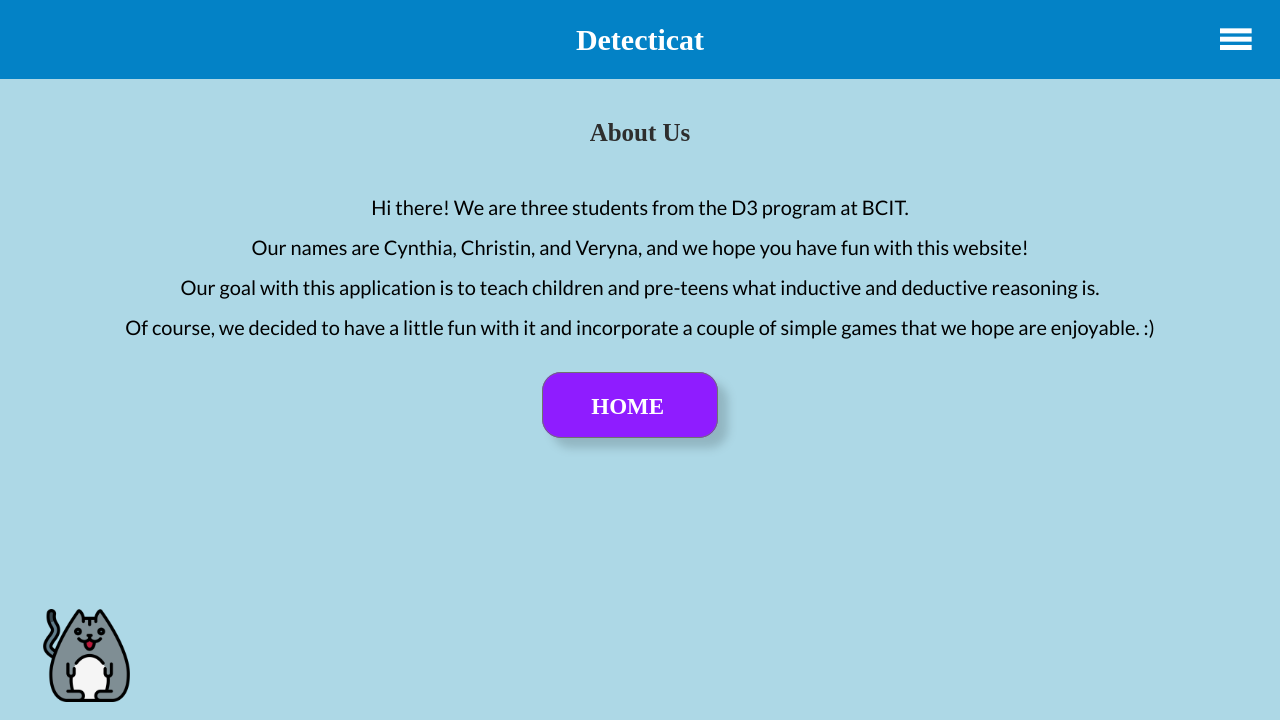
Repository: cynthiahcheng/Detecticat
Page: about page/about-us.html
These files come from the project's save history. The page is drawn as it stood at one moment and after the next save; the edit follows.
The browser window is 1280 px wide. The pictures show the whole page.

Above is the page before, as saved 2020-03-14 22:25:32.

### about page/about-us.html
<!DOCTYPE html>
<html lang="en">

<head>
    <meta charset="UTF-8">
    <meta name="viewport" content="width=device-width, initial-scale=1.0">
    <link href="https://fonts.googleapis.com/icon?family=Material+Icons" rel="stylesheet">
    <link href="https://fonts.googleapis.com/css?family=Lato&display=swap" rel="stylesheet">
    <link rel="stylesheet" href="about-us.css" type="text/css" />
    <title>Detecticat</title>
</head>

<body>
    <div class="header">
        <div class="header_title">Detecticat</div>
        <i class="material-icons" onclick="menuOpen()">menu</i>
    </div>

    <div class="nav">
        <div class="nav_close" onclick="menuClose()">
            <img class="close" src="../svg/close.svg">
        </div>
        <div class="nav_sub">
            <div class="nav_items">Home</div>
            <div class="nav_items">About</div>
            <div class="nav_items">Game</div>
            <div class="nav_items">Contact Us</div>
        </div>
    </div>

    <div id="app">
        <div class="info">
            <div class="subhead">About Us</div>
            <div class="description">
                <P> Hi there! We are three students from the D3 program at BCIT. <br>
                    Our names are Cynthia, Christin, and Veryna, and we hope you have fun with this website! <br>
                    Our goal with this application is to teach children and pre-teens what inductive and deductive reasoning is. <br>
                Of course, we decided to have a little fun with it and incorporate a couple of simple games that we hope are enjoyable. :)
             </P>
            </div>

            <div id="footer">
                <div class="footer_cat">
                    <img class="cat" src="../svg/cat.svg">
                </div>
                <div class="home_btn">
                    <img src="../svg/home.svg">
                </div>
            </div>

        </div>

        <script src="about-us.js"></script>
</body>

</html>

### about page/about-us.css

body, html {
    margin:0;
    padding:0;
    background-color:lightblue;
}

.header {
    display:flex;
    justify-content: center;
    align-items: center;
    background-color: #0382C6;
    height:11vh;
}

.header_title {
    font-size:30px;
    font-family:Futura;
    font-weight:bold;
    color:white;
    position: relative;
    align-items: center;
}

.material-icons {
    font-weight:bold;
    font-size:40px;
    color:white;
    position: absolute;
    padding:10px;
    right:15px;
    cursor:pointer;
}

.nav {
    position:absolute;
    right:0;
    opacity:0;
    background-color: #0382C6;
    transition: opacity 0.1s;
}

.nav_close {
    border: 2.5px solid #073F9A;
    border-radius: 7px;
    position:absolute;
    right: 25px;
    width:20px;
    height:20px;
    padding:3px;
    cursor:pointer;
}

.nav_close_btn {
    width:23px;
    height:23px;
    margin-top:3.5px;
    margin-left:3.5px;
}

.nav_sub {
    font-size:20px;
    font-family:futura;
    font-weight:600;
    line-height:1.5;
    color:white;
    margin-top:40px;
    padding:15px 50px 15px 18px;
    cursor:pointer;
}

/* #app {
    background-color:lightblue;
} */
.info {
    display:flex;
    flex-direction:column;
    align-items: center;
}

.subhead {
    font-size:25px;
    font-family:futura;
    color:rgb(46, 46, 46);
    font-weight:600;
    padding-top:40px;
}

.description {
    font-size:20px;
    padding-top:20px;
    line-height: 2em;
    font-family: 'Lato', sans-serif;
    text-align: center;
}

#footer {
    display:flex;
}

.footer_cat {
    position:fixed;
    left:40px;
    bottom:14px;
}

.footer_btn {
    display:block;
    position:fixed;
    right:0;
    bottom:-11px;
    cursor:pointer;
}

### about page/about-us.js
var close_State = true;

function menuOpen(){
    document.querySelector(".nav").style.opacity = 100;
}

function menuClose(){
    document.querySelector(".nav").style.opacity = 0;
}

After the next save:
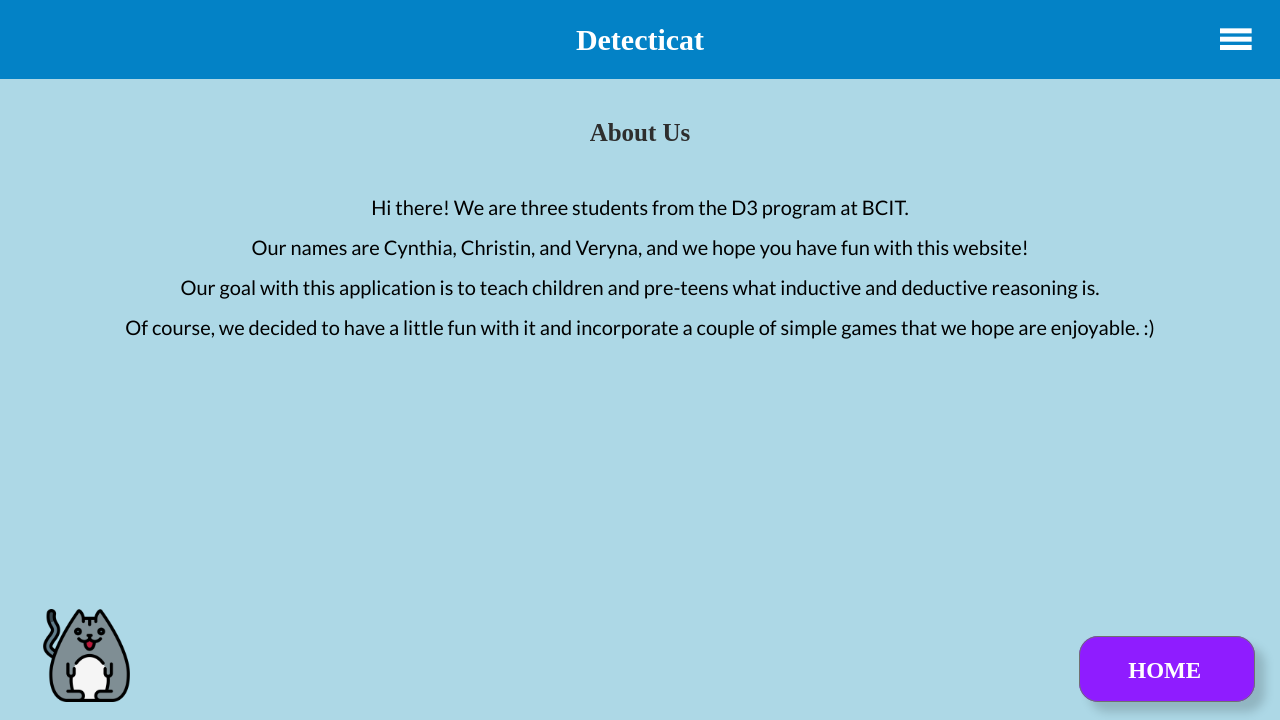
Saved 9 s later.
--- a/about page/about-us.css
+++ b/about page/about-us.css
@@ -104,7 +104,7 @@ body, html {
     bottom:14px;
 }
 
-.footer_btn {
+.home_btn {
     display:block;
     position:fixed;
     right:0;
